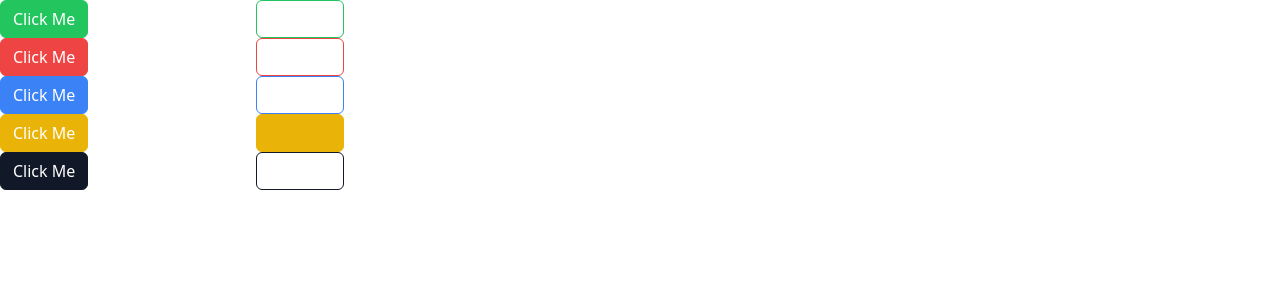
Repository: Marhamat92/reactroutefromstephen
Page: /
An editor plug-in stored every save of this project. The page is shown before and after the next save, followed by the edit.
The browser window is 1280 px wide. The pictures show the whole page.
The project was rebuilt for these pictures with package versions that can differ from the ones it lists, and the page was loaded fresh each time. Also part of the build but not shown: src/App.css.

Above is the page before, as saved 2022-12-21 15:32:19.

After the next save:
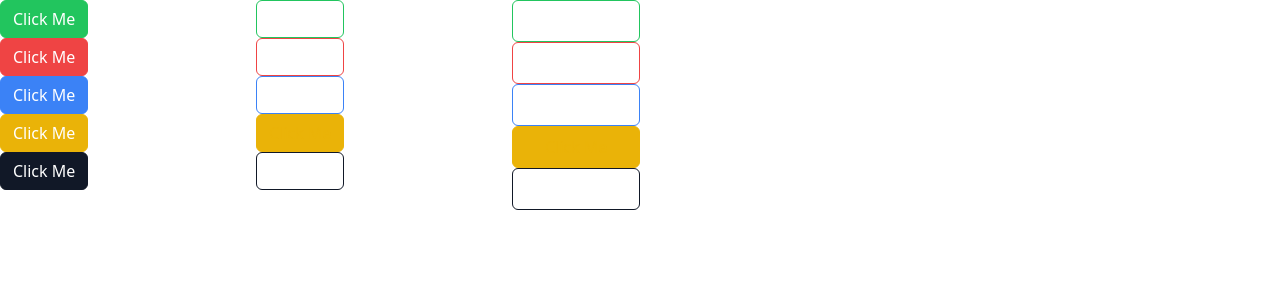
Saved 49 s later.
--- a/src/App.tsx
+++ b/src/App.tsx
@@ -40,6 +40,23 @@ function App() {
             Click Me
           </Button>
         </div>
+        <div className='lg:col-span-1'>
+          <Button medium outline rounded success>
+            Click Me
+          </Button>
+          <Button medium outline rounded danger>
+            Click Me
+          </Button>
+          <Button medium outline rounded primary>
+            Click Me
+          </Button>
+          <Button medium outline rounded warning>
+            Click Me
+          </Button>
+          <Button medium outline rounded secondary>
+            Click Me
+          </Button>
+        </div>
       </div>
     </div>
   );
